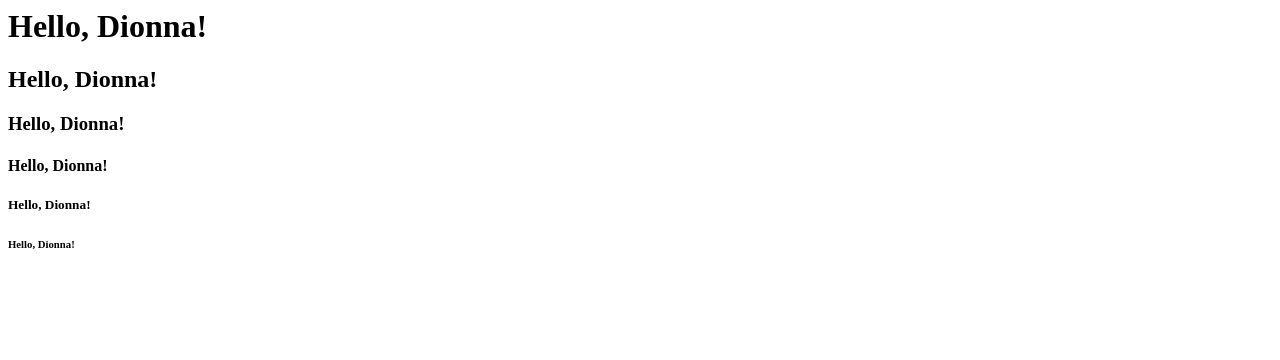
Repository: dibur1/project1.1
Page: http://localhost/
The author's editor kept a record of every edit. The page is drawn from the files as they stood at one moment, then again after the next edit.
The browser window is 1280 px wide. The pictures show the whole page.
The page is served by the project's application, run on Flask 3 (lect4/app.py).

Above is the page before.

After the next edit:
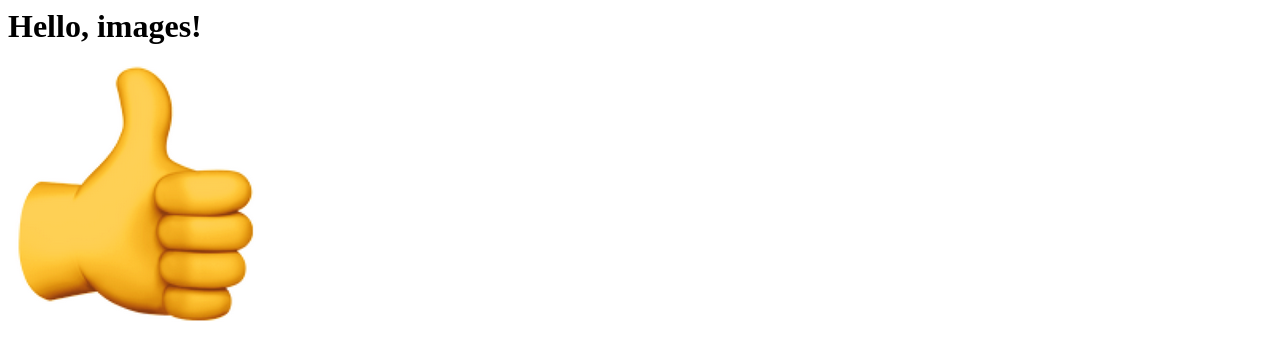
The edit:
--- a/lect4/templates/index.html
+++ b/lect4/templates/index.html
@@ -2,9 +2,7 @@
   <head>
   </head>
   <body>
-<h1>Hello, Dionna!</h1>
-<h2>Hello, Dionna!</h2>
-<h3>Hello, Dionna!</h3>
-<h4>Hello, Dionna!</h4>
-<h5>Hello, Dionna!</h5>
-<h6>Hello, Dionna!</h6>
+    <h1>Hello, images!</h1>
+    <img src="/static/thumbs-up.png" />
+  </body>
+</html>
